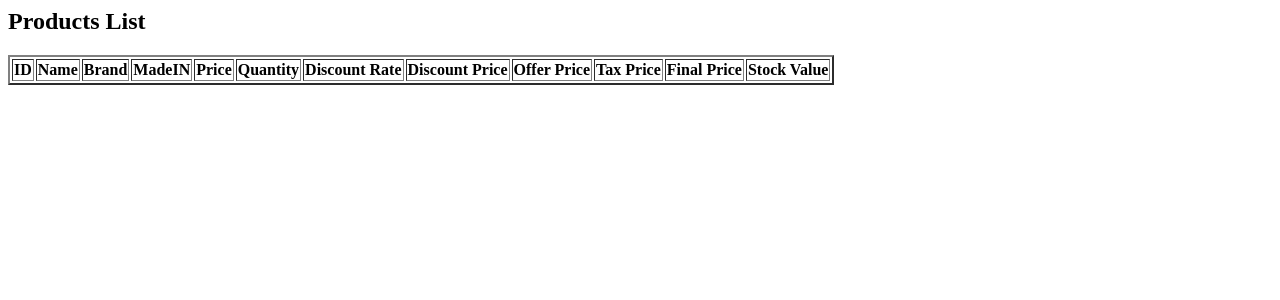
Repository: projects-collab/SpringBoot
Page: http://localhost/Products-list
The author's editor kept a copy of each file at every save. The page is drawn from the files as they stood at one save, then again after the next save.
The browser window is 1280 px wide. The pictures show the whole page.
The page is this project's Thymeleaf template; nobody is signed in. The template is opened directly, without the code that normally fills it, so the values that code supplies are empty.

Above is the page before, as saved 2024-12-20 09:48:23.

### Springbootproject/src/main/resources/templates/Products-list.html
<html>
	<head>
		<title>Products List</title>
	</head>
	<body style="align-items: center;">
		<div>
			<h2>Products List</h2>
			<table border="2">
				<thead>
					<tr>
						<th>ID</th>
						<th>Name</th>
						<th>Brand</th>
						<th>MadeIN</th>
						<th>Price</th>
						<th>Quantity</th>
						<th>Discount Rate</th>
						<th>Discount Price</th>
						<th>Offer Price</th>
						<th>Tax Price</th>
						<th>Final Price</th>
						<th>Stock Value</th>
					</tr>
				</thead>

				<tbody>
					<tr th:each = "product : ${Products}">
						<td th:text = "${product.id}"></td>
						<td th:text = "${product.name}"></td>
						<td th:text = "${product.brand}"></td>
						<td th:text = "${product.madein}"></td>
						<td th:text = "${product.price}"></td>
						<td th:text = "${product.quantity}"></td>
						<td th:text = "${product.discountrate}"></td>
						<td th:text = "${product.discountprice}"></td>
						<td th:text = "${product.offerprice}"></td>
						<td th:text = "${product.taxprice}"></td>
						<td th:text = "${product.finalprice}"></td>
						<td th:text = "${product.stockvalue}"></td>
					</tr>
				</tbody>
			</table>
		</div>
	</body>
</html>

After the next save:
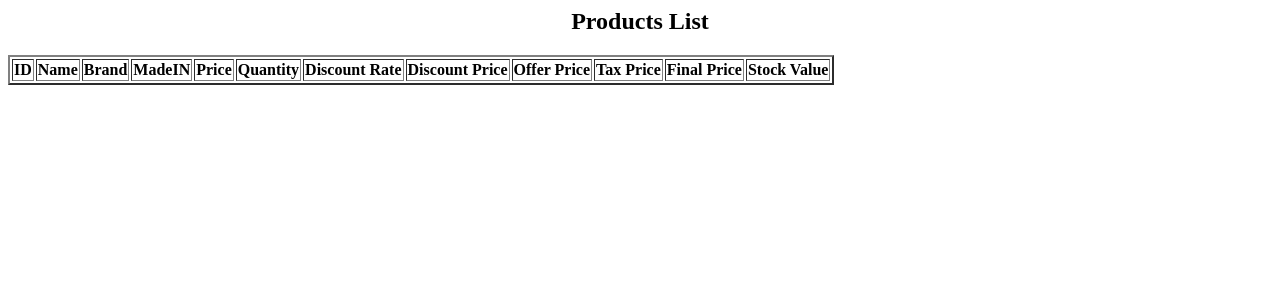
Saved 14 s later.
--- a/Springbootproject/src/main/resources/templates/Products-list.html
+++ b/Springbootproject/src/main/resources/templates/Products-list.html
@@ -2,7 +2,7 @@
 	<head>
 		<title>Products List</title>
 	</head>
-	<body style="align-items: center;">
+	<body style="text-align: center;">
 		<div>
 			<h2>Products List</h2>
 			<table border="2">

After the save that followed:
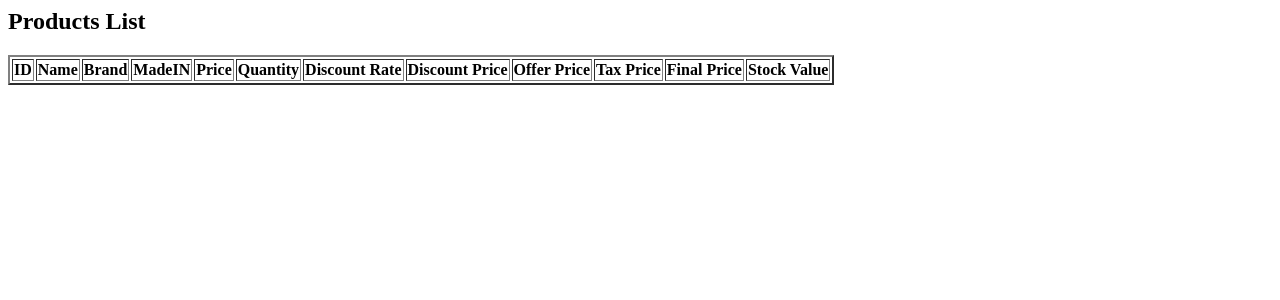
Saved 90 s later.
--- a/Springbootproject/src/main/resources/templates/Products-list.html
+++ b/Springbootproject/src/main/resources/templates/Products-list.html
@@ -2,8 +2,8 @@
 	<head>
 		<title>Products List</title>
 	</head>
-	<body style="text-align: center;">
-		<div>
+	<body>
+		<div style="align-items: center;">
 			<h2>Products List</h2>
 			<table border="2">
 				<thead>
